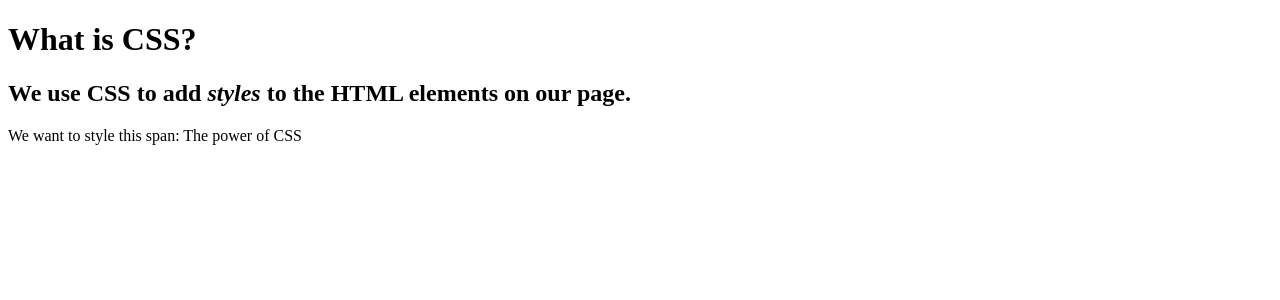
Repository: 3EyEdRav3n/10-2020-cohort-course
Page: week-1/day-3/index.html
An editor plug-in stored every save of this project. The page is shown before and after the next save, followed by the edit.
The browser window is 1280 px wide. The pictures show the whole page.

Above is the page before, as saved 2020-10-28 19:34:51.

After the next save:
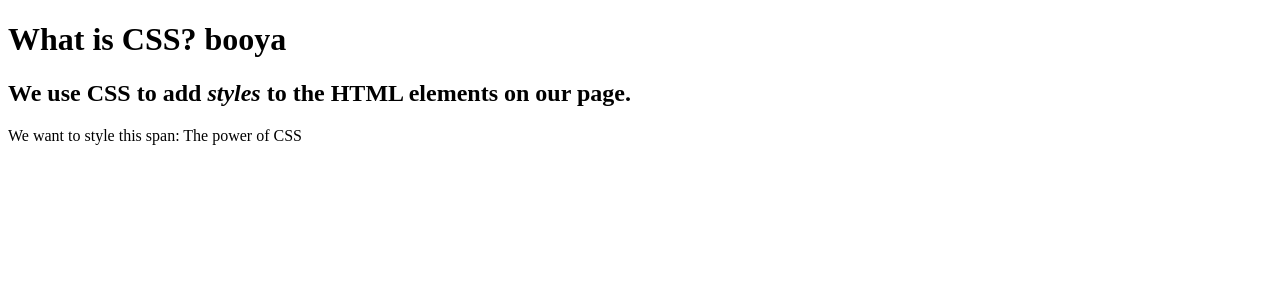
Saved 57 s later.
--- a/week-1/day-3/index.html
+++ b/week-1/day-3/index.html
@@ -6,7 +6,7 @@
     <title>Document</title>
   </head>
   <body>
-    <h1>What is CSS?</h1>
+    <h1>What is CSS? booya</h1>
     <h2>We use CSS to add <em>styles</em> to the HTML elements on our page.</h2>
 
     <p>We want to style this span: <span>The power of CSS</span></p>

After the save that followed:
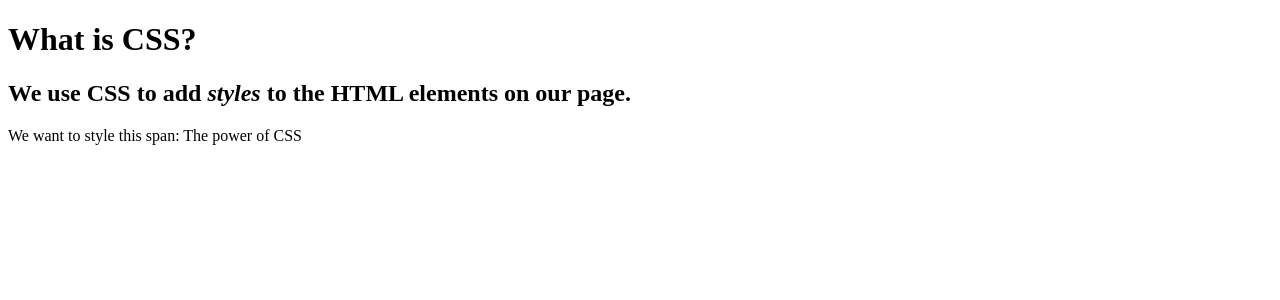
Saved 4 min 46 s later.
--- a/week-1/day-3/index.html
+++ b/week-1/day-3/index.html
@@ -6,7 +6,7 @@
     <title>Document</title>
   </head>
   <body>
-    <h1>What is CSS? booya</h1>
+    <h1>What is CSS?</h1>
     <h2>We use CSS to add <em>styles</em> to the HTML elements on our page.</h2>
 
     <p>We want to style this span: <span>The power of CSS</span></p>
